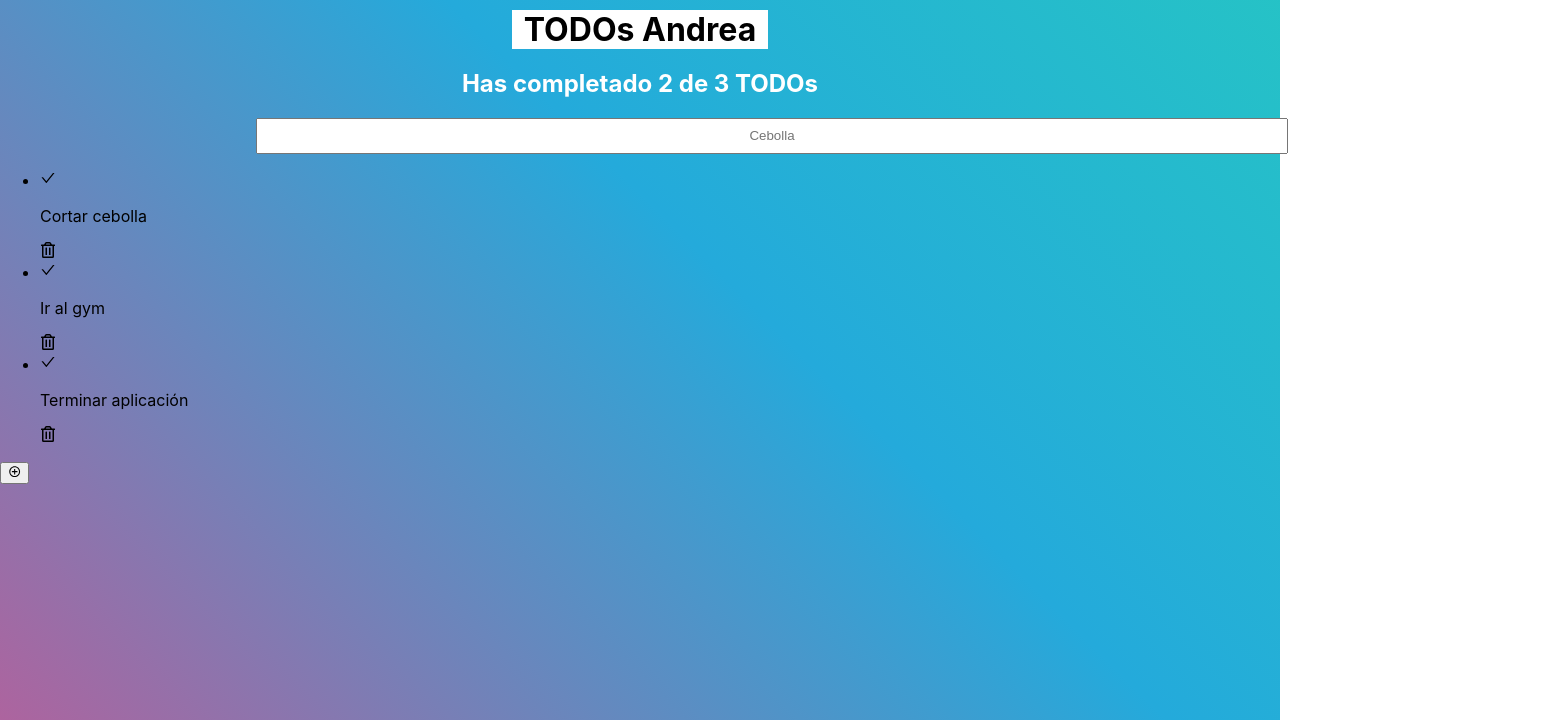
Repository: Pandrea-hub/TODOs
Page: /
An editor plug-in stored every save of this project. The page is shown before and after the next save, followed by the edit.
The browser window is 1280 px wide. The page is 1544 px wide, then 1288 px, so the pictures cover 1544 px, including what lies to the right of the window. The pictures show the whole page.
The project was rebuilt for these pictures with package versions that can differ from the ones it lists, and the page was loaded fresh each time. Also part of the build but not shown: src/TodoItem.css.

Above is the page before, as saved 2022-06-07 09:27:24.

After the next save:
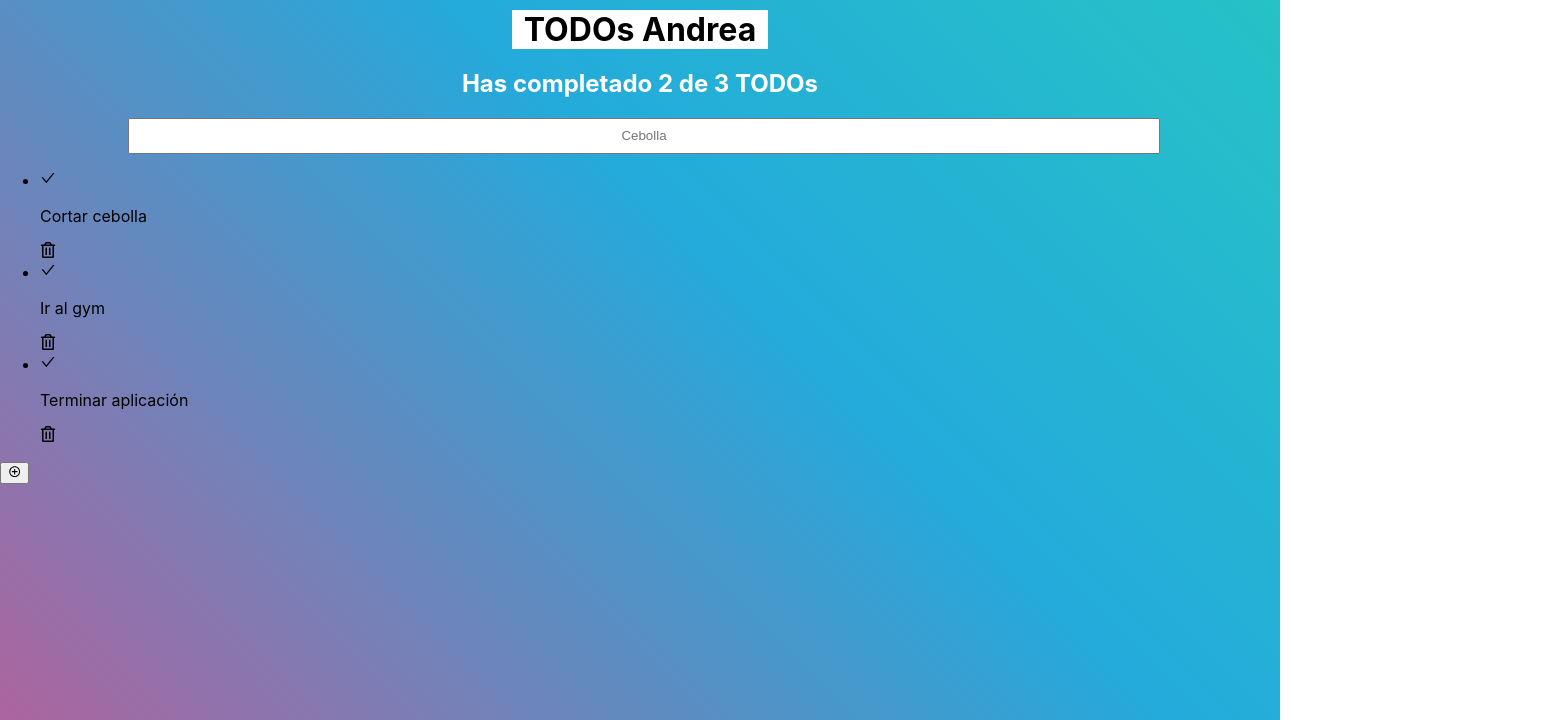
Saved 4 s later.
--- a/src/TodoSearch.css
+++ b/src/TodoSearch.css
@@ -2,6 +2,6 @@ input {
     outline: none;
     width: 80%;
     height: 30px;
-    margin: 0 20%;
+    margin: 0 10%;
     text-align: center;
 }
